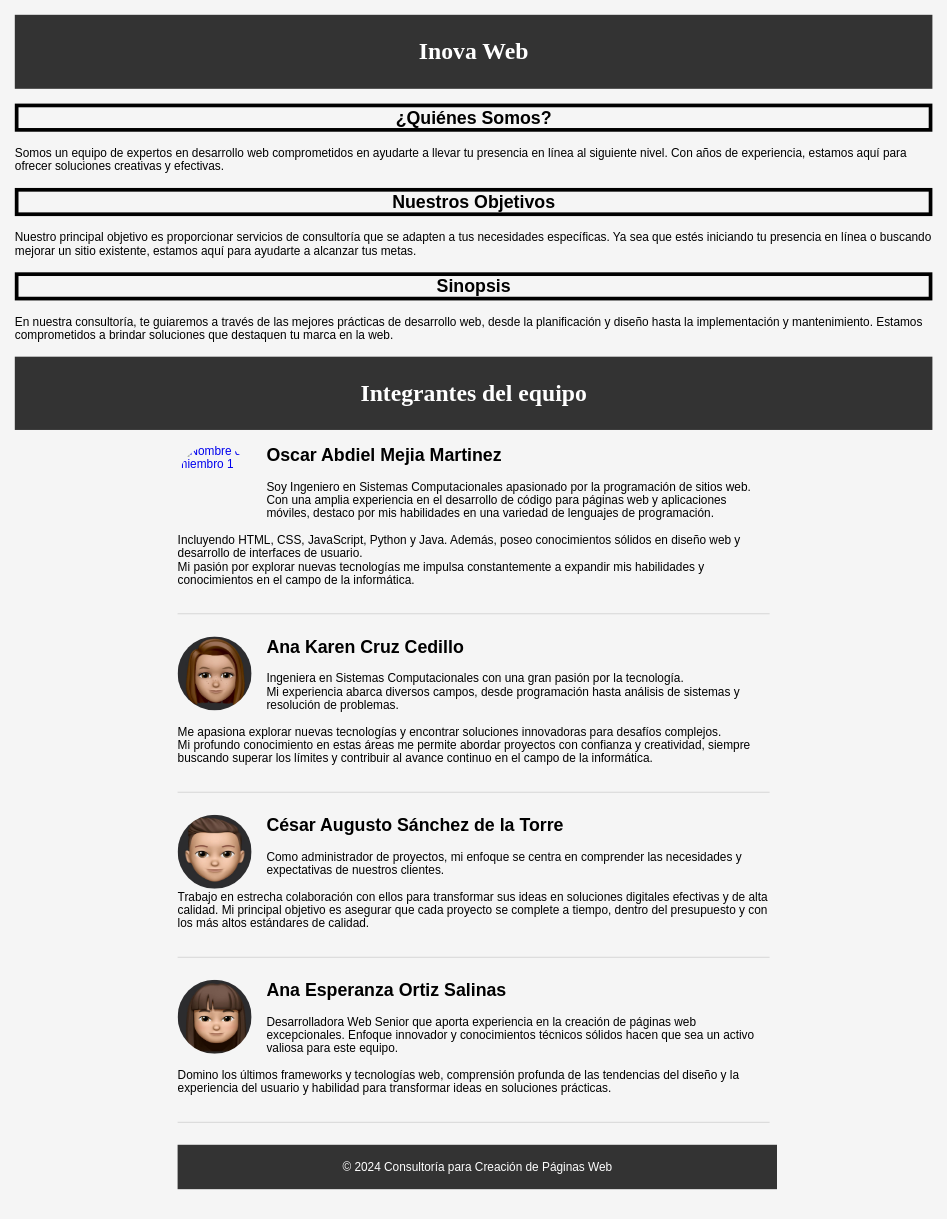
Repository: UVMCoyoacan/InnovaWeb
Page: index.html
These files come from the project's save history. The page is drawn as it stood at one moment and after the next save; the edit follows.
The browser window is 1280 px wide. The pictures show the whole page, at 74% of full size.

Above is the page before, as saved 2024-02-20 18:44:23.
Not found: imagenes/Abdiel.jpg

After the next save:
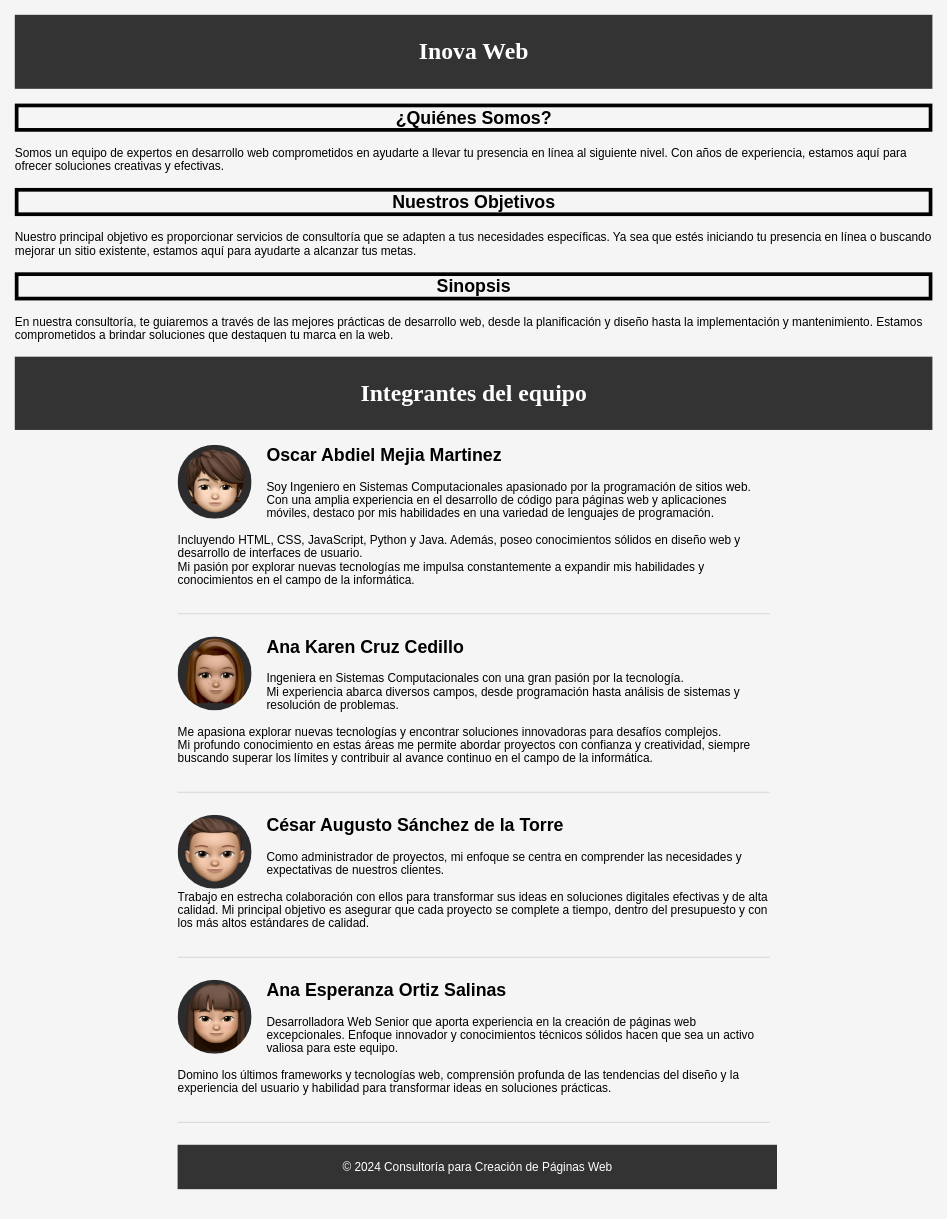
Saved 17 s later.
--- a/index.html
+++ b/index.html
@@ -39,8 +39,8 @@
 
 <div class="container">
     <div class="team-member">
-        <a href="CV Abdiel/index.html">
-            <img src="imagenes/Abdiel.jpg" alt="Nombre del miembro 1">
+        <a href="index_cv_abdiel.html">
+            <img src="Abdiel.jpg" alt="Nombre del miembro 1">
         </a>
         <h2> Oscar Abdiel Mejia Martinez</h2>
         <p>Soy Ingeniero en Sistemas Computacionales apasionado por la programación de sitios web.
@@ -59,7 +59,7 @@
 <!--/////////////////////////////////////////////////////////////////////////////////////////////////////-->
 
     <div class="team-member">
-        <a href="indexcvkaren.html">
+        <a href="http://127.0.0.1:5500/indexcvkaren.html">
             <img src="Karen.jpg" alt="Nombre del miembro 2">
         </a>
         <h2>Ana Karen Cruz Cedillo </h2>
@@ -81,7 +81,9 @@
     <!-- Puedes agregar más miembros del equipo aquí -->
 
     <div class="team-member">
-        <img src="Cesar.jpg" alt="Nombre del miembro 3">
+        <a href="file:///C:/Users/cess0/OneDrive/Documentos/8to%20semestre/Ing%20Software%20II/Curriculum%20Vitae/index.html">
+            <img src="Cesar.jpg" alt="Nombre del miembro 3">
+        </a>
         <h2>César Augusto Sánchez de la Torre</h2>
         <p>Como administrador de proyectos, mi enfoque se centra en comprender las necesidades y
             expectativas de nuestros clientes.
